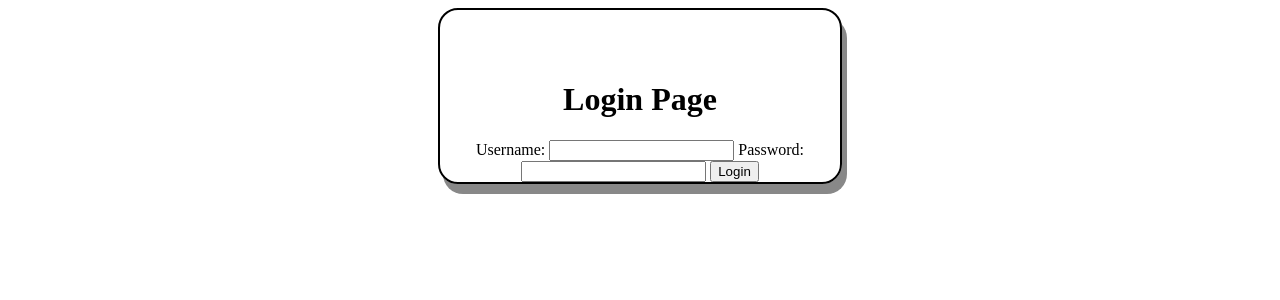
Repository: anjalipatel-dev/web-dev-learning-journey
Page: 03_html_css_ui_pages/login_ui/login.html
An editor plug-in stored every save of this project. The page is shown before and after the next save, followed by the edit.
The browser window is 1280 px wide. The pictures show the whole page.

Above is the page before, as saved 2025-10-03 20:49:05.

After the next save:
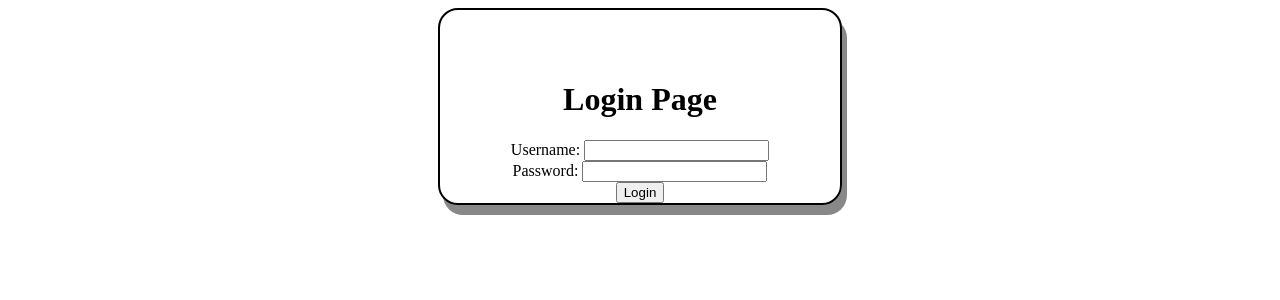
Saved 54 s later.
--- a/03_html_css_ui_pages/login_ui/login.html
+++ b/03_html_css_ui_pages/login_ui/login.html
@@ -10,10 +10,14 @@
     <div class="container">
         <h1>Login Page</h1>
         <form action="">
+            <diV>
             <label for="username">Username:</label>
             <input type="text" id="username" name="username" required>
+            </diV>
+            <div>
             <label for="password">Password:</label>
             <input type="password" id="password" name="password" required>
+            </div>
             <button type="submit">Login</button>
         </form>
     </div>
